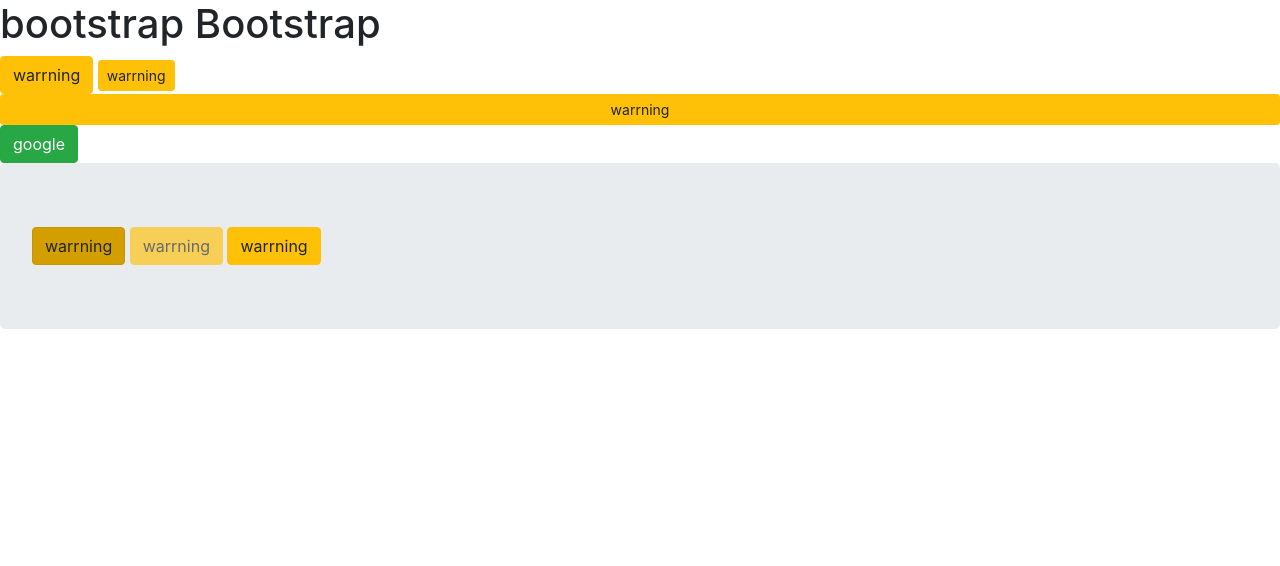
Repository: Mietlicha/exercise2
Page: index.html
An editor plug-in stored every save of this project. The page is shown before and after the next save, followed by the edit.
The browser window is 1280 px wide. The pictures show the whole page.

Above is the page before, as saved 2019-10-22 17:17:04.

### index.html
<!DOCTYPE html>
<html lang="en">
<head>
    <meta charset="UTF-8">
    <meta name="viewport" content="width=device-width, initial-scale=1.0">
    <meta http-equiv="X-UA-Compatible" content="ie=edge">
    <title>Document</title>
    <link rel="stylesheet" href="https://stackpath.bootstrapcdn.com/bootstrap/4.3.1/css/bootstrap.min.css" integrity="sha384-ggOyR0iXCbMQv3Xipma34MD+dH/1fQ784/j6cY/iJTQUOhcWr7x9JvoRxT2MZw1T" crossorigin="anonymous">

</head>
<body>
    <h1>bootstrap Bootstrap</h1>
    <button class="btn btn-warning">warrning</button>
    <button class="btn btn-warning btn-sm">warrning</button>
    <button class="btn btn-warning btn-sm btn-block">warrning</button>
    <a href="http://www.google.pl" target="_blank" class="btn btn-success">google</a>
    <div class="jumbotron">
    <button class="btn btn-warning active">warrning</button>
    <button class="btn btn-warning" disabled>warrning</button>
    <button class="btn btn-warning">warrning</button>
    </div>

</body>
</html>

After the next save:
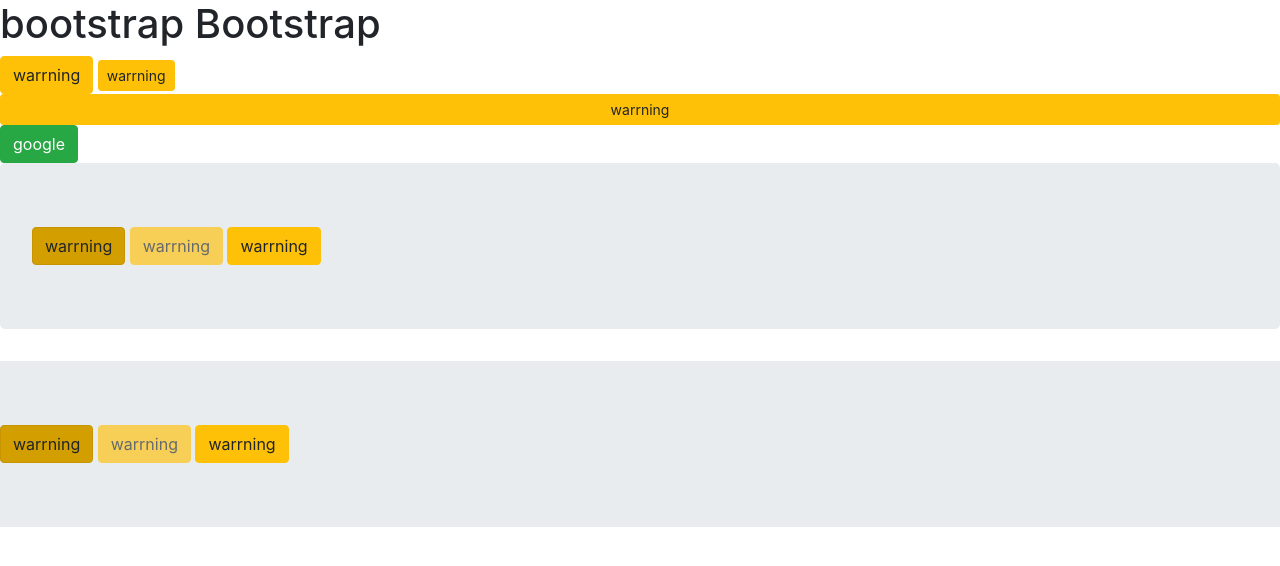
Saved 37 s later.
--- a/index.html
+++ b/index.html
@@ -19,6 +19,11 @@
     <button class="btn btn-warning" disabled>warrning</button>
     <button class="btn btn-warning">warrning</button>
     </div>
+     <div class="jumbotron jumbotron-fluid">
+    <button class="btn btn-warning active">warrning</button>
+    <button class="btn btn-warning" disabled>warrning</button>
+    <button class="btn btn-warning">warrning</button>
+    </div>
 
 </body>
 </html>
